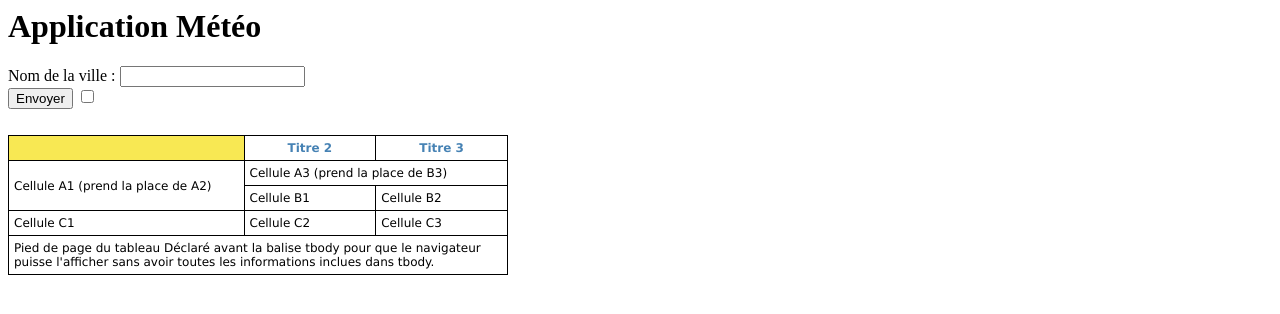
Repository: IFATech-Metz/dev-log-4
Page: projet.html
An editor plug-in stored every save of this project. The page is shown before and after the next save, followed by the edit.
The browser window is 1280 px wide. The pictures show the whole page.
The page's requests for data from a server got no answer.

Above is the page before, as saved 2019-01-21 20:52:45.

### projet.html
<html>
    <head>
        <title>Météo du jour</title>
        <script src="meteo.js"></script>
        <link rel="stylesheet" type="text/css" href="style.css">
    </head>
    <body onload="init_page()">
        <h1>Application M&eacute;t&eacute;o</h1>
        <p>
            Nom de la ville :
            <input type="text" id="ville" value=""><br>

            <button type="button" onclick="get_temperature()">Envoyer</button>
            <input type="checkbox" id="url_visibility">

        </p>

       <div id="url">
       </div>

        <div id="meteo">
        </div>
        <table rules="all" cellpadding="5px" style="width:500px; border:solid 1px black; font-family:verdana; font-size:12px;">
            <caption style="margin:5px; font-size:14px;"; id="ville"></caption>
            <thead>
               <tr style="color:steelblue;">
                <php>
                  <td id='meteo'> </td>
                  <th>Titre 2</th>
                  <th>Titre 3</th>
                </php>
               </tr>
            </thead>
            <tfoot>
               <tr>
                  <td colspan="3">
                  Pied de page du tableau
                  Déclaré avant la balise tbody pour que le navigateur puisse l'afficher
                  sans avoir toutes les informations inclues dans tbody.
                  </td>
               </tr>
            </tfoot>
            <tbody>
               <tr>
                  <td rowspan="2">Cellule A1 (prend la place de A2)</td>
                  <td colspan="2">Cellule A3 (prend la place de B3)</td>
               </tr>
               <tr>
                  <td>Cellule B1</td>
                  <td>Cellule B2</td>
               </tr>
               <tr>
                  <td>Cellule C1</td>
                  <td>Cellule C2</td>
                  <td>Cellule C3</td>
               </tr>
            </tbody>
         </table>








        <div id="latitude">
        </div>
        <div id="longitude">
        </div>
        <div id="humidity">
        </div>
        <div id="sun_rise">
        </div>
        <div id="sun_set">
        </div>
        <div id="weather_value">
        </div>
        <div id="pressure">
        </div>
        <div id="temp_min">
        </div>
        <div id="temp_max">
        </div>
        <div id="speed">
        </div>
        <div id="direction">
        </div>
        <div id="clouds">
        </div>

        <img id="icon" src="">
    </body>
</html>

### meteo.js
var xhr = new XMLHttpRequest();

// Forme générale du lien :
// http://maps.openweathermap.org/maps/2.0/weather/TA2/{z}/{x}/{y}?
// date=1527811200&opacity=0.9&fill_bound=true&appid={api_key}

var base_url = "http://api.openweathermap.org/data/2.5/weather";
var city = "Metz";
var units = "metric";
var appid = "f5e810531af1756846022c6f387acf25";

function get_url() {
    return base_url + "?"
        + "q=" + city + "&"
        + "units=" + units + "&"
        + "appid=" + appid;

}

function init_page() {
    xhr.onreadystatechange = function() {
        if (this.readyState == 4 && this.status == 200) {

            document.getElementById("url").innerHTML = get_url();
//Temperature
            var response = JSON.parse(this.responseText);
            var temperature = response.main.temp;
//Latitude et longitude
            var latitude = response.coord.lat;
            var longitude = response.coord.lon;
//Humidité
           var humidity = response.main.humidity;
//levé et couché de soleil
            // Create a new JavaScript Date object based on the timestamp
            // multiplied by 1000 so that the argument is in milliseconds, not seconds.
        var dateL = new Date(response.sys.sunrise*1000);
        // Hours part from the timestamp
        var hoursL = dateL.getHours();
        // Minutes part from the timestamp
        var minutesL = "0" + dateL.getMinutes();
        // Seconds part from the timestamp
        var secondsL = "0" + dateL.getSeconds();

        // Will display time in 10:30:23 format
        var formattedTimeL = hoursL + ':' + minutesL.substr(-2) + ':' + secondsL.substr(-2);
            var sun_rise = formattedTimeL;

        var dateC = new Date(response.sys.sunset*1000);
        // Hours part from the timestamp
        var hoursC = dateC.getHours();
        // Minutes part from the timestamp
        var minutesC = "0" + dateC.getMinutes();
        // Seconds part from the timestamp
        var secondsC = "0" + dateC.getSeconds();

        // Will display time in 10:30:23 format
        var formattedTimeC = hoursC + ':' + minutesC.substr(-2) + ':' + secondsC.substr(-2);
        var sun_set = formattedTimeC;
// condition météo
            var weather_value = response.weather[0].main
//pression
            var pressure = response.main.pressure;
//temp_min
            var temp_min = response.main.temp_min;
//temp_max
            var temp_max = response.main.temp_max;
//wind speed
            var speed = response.wind.speed;
//wind direction
            var direction = response.wind.deg;
//clouds
            var clouds = response.clouds.all;
//Icone
            var icon = response.weather[0].icon;
            var src = "http://openweathermap.org/img/w/" + icon + ".png";


            document.getElementById("meteo").innerHTML = temperature;
            document.getElementById("latitude").innerHTML = latitude;
            document.getElementById("longitude").innerHTML = longitude;
            document.getElementById("humidity").innerHTML = humidity;
            document.getElementById("sun_rise").innerHTML = sun_rise;
            document.getElementById("sun_set").innerHTML = sun_set;
            document.getElementById("weather_value").innerHTML = weather_value;
            document.getElementById("pressure").innerHTML = pressure;
            document.getElementById("temp_min").innerHTML = temp_min;
            document.getElementById("temp_max").innerHTML = temp_max;
            document.getElementById("speed").innerHTML = speed;
            document.getElementById("direction").innerHTML = direction;
            document.getElementById("clouds").innerHTML = clouds;
            document.getElementById("icon").src = src;
        }
    }

    xhr.open("GET", get_url(), true)
    xhr.send()
}
function get_temperature() {
    city = document.getElementById("ville").value;

    xhr.onreadystatechange = function() {
        if (this.readyState == 4 && this.status == 200) {
            //TODO
            document.getElementById("url").innerHTML = get_url();

            if(document.getElementById("url_visibility").checked){
                document.getElementById("url").style.display = "block";
            }
            else{
                document.getElementById("url").style.display = "none";
            }

            var response = JSON.parse(this.responseText);
            var temperature = response.main.temp;
            var latitude = response.coord.lat;
            var longitude = response.coord.lon;
            var humidity = response.main.humidity;
            var dateL = new Date(response.sys.sunrise*1000);
            // Hours part from the timestamp
            var hoursL = dateL.getHours();
            // Minutes part from the timestamp
            var minutesL = "0" + dateL.getMinutes();
            // Seconds part from the timestamp
            var secondsL = "0" + dateL.getSeconds();

            // Will display time in 10:30:23 format
            var formattedTimeL = hoursL + ':' + minutesL.substr(-2) + ':' + secondsL.substr(-2);
            var sun_rise = formattedTimeL;

           var dateC = new Date(response.sys.sunset*1000);
            // Hours part from the timestamp
            var hoursC = dateC.getHours();
            // Minutes part from the timestamp
            var minutesC = "0" + dateC.getMinutes();
            // Seconds part from the timestamp
            var secondsC = "0" + dateC.getSeconds();

            // Will display time in 10:30:23 format
            var formattedTimeC = hoursC + ':' + minutesC.substr(-2) + ':' + secondsC.substr(-2);
            var sun_set = formattedTimeC;

            var weather_value = response.weather[0].main;
            var pressure = response.main.pressure;
            var temp_min = response.main.temp_min;
            var temp_max = response.main.temp_max;
            var speed = response.wind.speed;
            var direction = response.wind.deg;
            var clouds = response.clouds.all;

            var icon = response.weather[0].icon;
            var src = "http://openweathermap.org/img/w/" + icon + ".png";

            document.getElementById("meteo").innerHTML = temperature;
            document.getElementById("latitude").innerHTML = latitude;
            document.getElementById("longitude").innerHTML = longitude;
            document.getElementById("humidity").innerHTML = humidity;
            document.getElementById("sun_rise").innerHTML = sun_rise;
            document.getElementById("sun_set").innerHTML = sun_set;
            document.getElementById("weather_value").innerHTML = weather_value;
            document.getElementById("pressure").innerHTML = pressure;
            document.getElementById("temp_min").innerHTML = temp_min;
            document.getElementById("temp_max").innerHTML = temp_max;
            document.getElementById("speed").innerHTML = speed;
            document.getElementById("direction").innerHTML = direction;
            document.getElementById("clouds").innerHTML = clouds;

            document.getElementById("icon").src = src;
        }
    }

    xhr.open("GET", get_url(), true)
    xhr.send()
}

### style.css
#url {
    color: red;
    display: none;
}
#meteo {
    background: rgb(248, 232, 83);
    color: white;
}
#latitude {
    background: rgb(163, 75, 16);
    color: white;
}
#longitude {
    background: rgb(16, 109, 163);
    color: white;
}
#humidity {
    background: rgb(16, 109, 163);
    color: white;
}
#sun_rise {
    background: rgb(222, 236, 28);
    color: white;
}

#sun_set {
    background: rgb(236, 37, 210);
    color: white;
}
#weather_value {
    background: rgb(25, 247, 18);
    color: white;
}
#pressure {
    background: blue;
    color: white;
}
#temp_min {
    background: blue;
    color: white;
}
#temp_max {
    background: red;
    color: white;
}
#speed {
    background:green;
    color: white;
}
#direction {
    background:green;
    color: white;
}
#clouds {
    background: greenyellow;
    color: white;
}

After the next save:
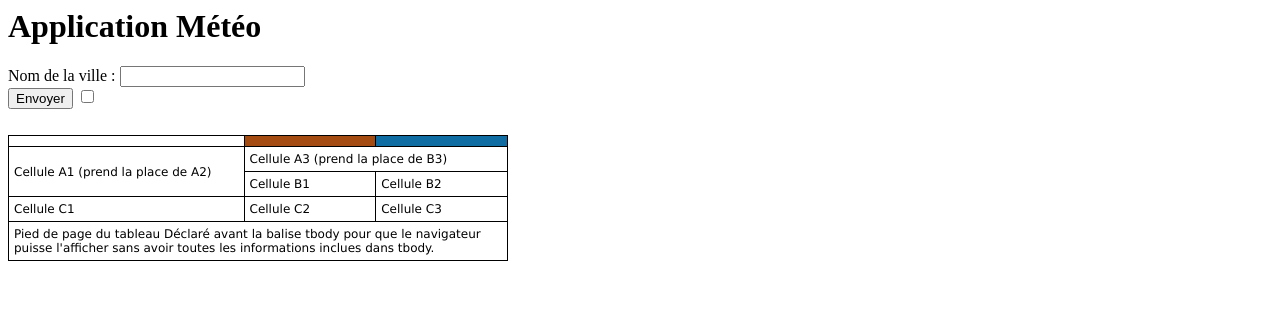
Saved 8 min 42 s later.
--- a/projet.html
+++ b/projet.html
@@ -25,9 +25,9 @@
             <thead>
                <tr style="color:steelblue;">
                 <php>
-                  <td id='meteo'> </td>
-                  <th>Titre 2</th>
-                  <th>Titre 3</th>
+                  <td id='ville'> </td>
+                  <td id='latitude'> </td>
+                  <td id='longitude'> </td>
                 </php>
                </tr>
             </thead>
